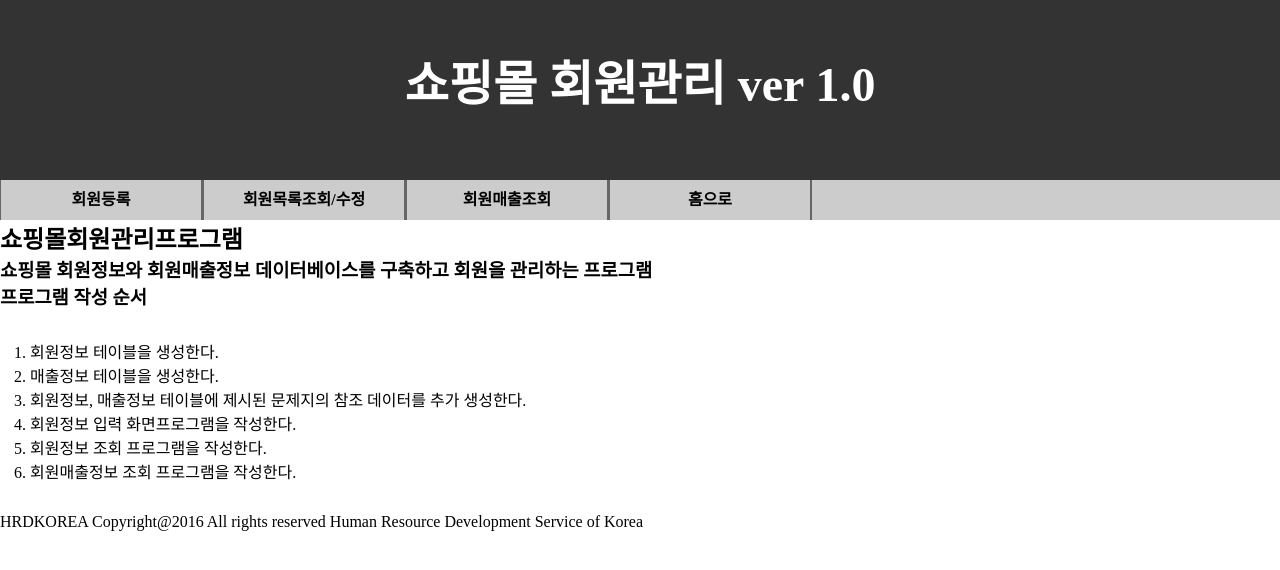
Repository: jsky1234/NCS
Page: http://localhost/HRD_1/admin.jsp
These files come from the project's save history. The page is drawn as it stood at one moment and after the next save; the edit follows.
The browser window is 1280 px wide. The pictures show the whole page.
The page is served by Tomcat 9. Other server files are loaded and not shown.

Above is the page before, as saved 2020-11-09 02:27:34.

### ncs1/HRD_1/WebContent/admin.jsp
<%@ page language="java" contentType="text/html; charset=UTF-8"
    pageEncoding="UTF-8"%>
<!DOCTYPE html>
<html>
<head>
<meta charset="UTF-8">
<title>관리자 모드로 로그인 중</title>
<style>
* { margin: 0; padding: 0; }
body, html { width: 100%; height: 100%; }
ul { list-style : none; }
a { text-decoration: none; }

button, label, input { outline: 0; border: 0; user-select: none; }
img { border: 0; }
ol { padding: 30px; }
.hd { clear: both; min-height: 180px; background-color: #333; }
.tit { font-size: 48px; text-align: center; line-height: 140px; color: #fff; padding-top: 15px;}
.gnb { clear: both; height: 40px; background-color: #cccccc; }
.gnb li { float: left; min-width: 120px; width: auto; }
.gnb a { display: block; text-align: center; line-height: 40px; width: 200px; height: 40px; color: #000000; font-weight: 700; border-left: 1px solid #666666; }
.gnb a:last-child { border-right: 2px solid #666666;  };
</style>
</head>
<body>
<header class="hd">
	<h2 class="tit">쇼핑몰 회원관리 ver 1.0</h2>
</header>
<nav class="gnb">
	<ul>
		<li><a href="">회원등록</a></li>
		<li><a href="">회원목록조회/수정</a></li>
		<li><a href="">회원매출조회</a></li>
		<li><a href="">홈으로</a></li>
	</ul>
</nav>
<main class="content">
	<section class="page" id="page1">
		<h2>쇼핑몰회원관리프로그램</h2>
		<div class="main_help">
			<h3 class="item_tit">쇼핑몰 회원정보와 회원매출정보 데이터베이스를 구축하고 회원을 관리하는 프로그램</h3>
			<h3 class="item_tit">프로그램 작성 순서</h3>
			<ol>
				<li>회원정보 테이블을 생성한다.</li>
				<li>매출정보 테이블을 생성한다.</li>
				<li>회원정보, 매출정보 테이블에 제시된 문제지의 참조 데이터를 추가 생성한다.</li>
				<li>회원정보 입력 화면프로그램을 작성한다.</li>
				<li>회원정보 조회 프로그램을 작성한다.</li>
				<li>회원매출정보 조회 프로그램을 작성한다.</li>
			</ol>
		</div>
	</section>
</main>
<footer class="ft">
	<div class="ft_wrap">
		<div class="admin_copy">
			<p class="copyright">HRDKOREA Copyright@2016 All rights reserved Human Resource Development Service of Korea</p>
		</div>
	</div>
</footer>
</body>
</html>

After the next save:
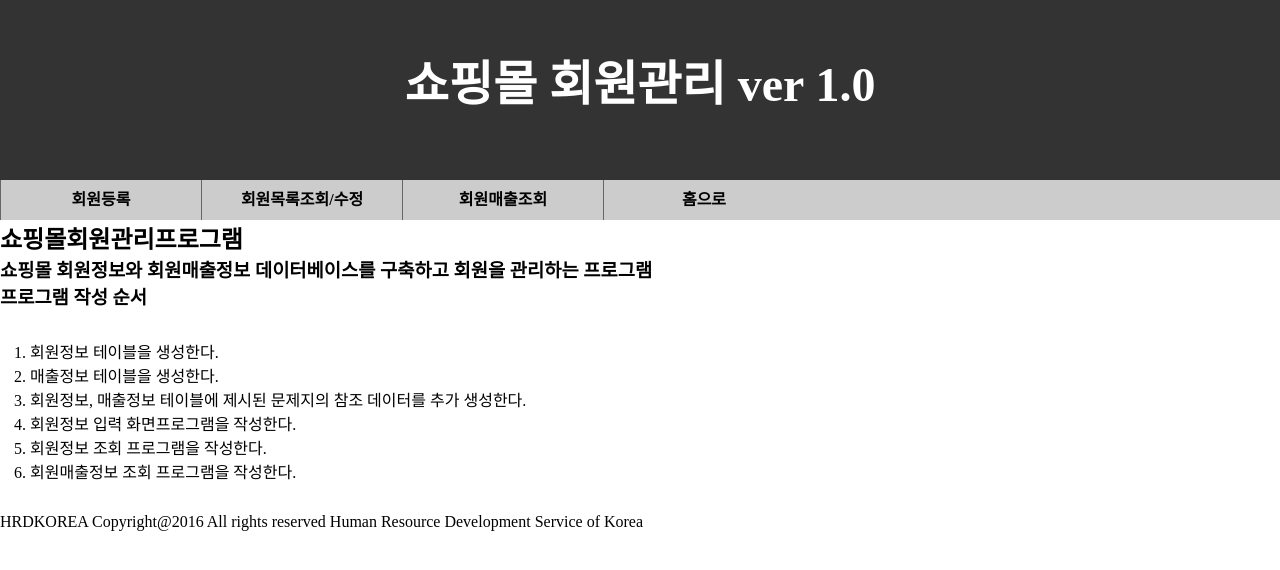
Saved 24 s later.
--- a/ncs1/HRD_1/WebContent/admin.jsp
+++ b/ncs1/HRD_1/WebContent/admin.jsp
@@ -19,7 +19,7 @@ ol { padding: 30px; }
 .gnb { clear: both; height: 40px; background-color: #cccccc; }
 .gnb li { float: left; min-width: 120px; width: auto; }
 .gnb a { display: block; text-align: center; line-height: 40px; width: 200px; height: 40px; color: #000000; font-weight: 700; border-left: 1px solid #666666; }
-.gnb a:last-child { border-right: 2px solid #666666;  };
+.gnb a:nth-child(4) { border-right: 2px solid #666666;  };
 </style>
 </head>
 <body>
